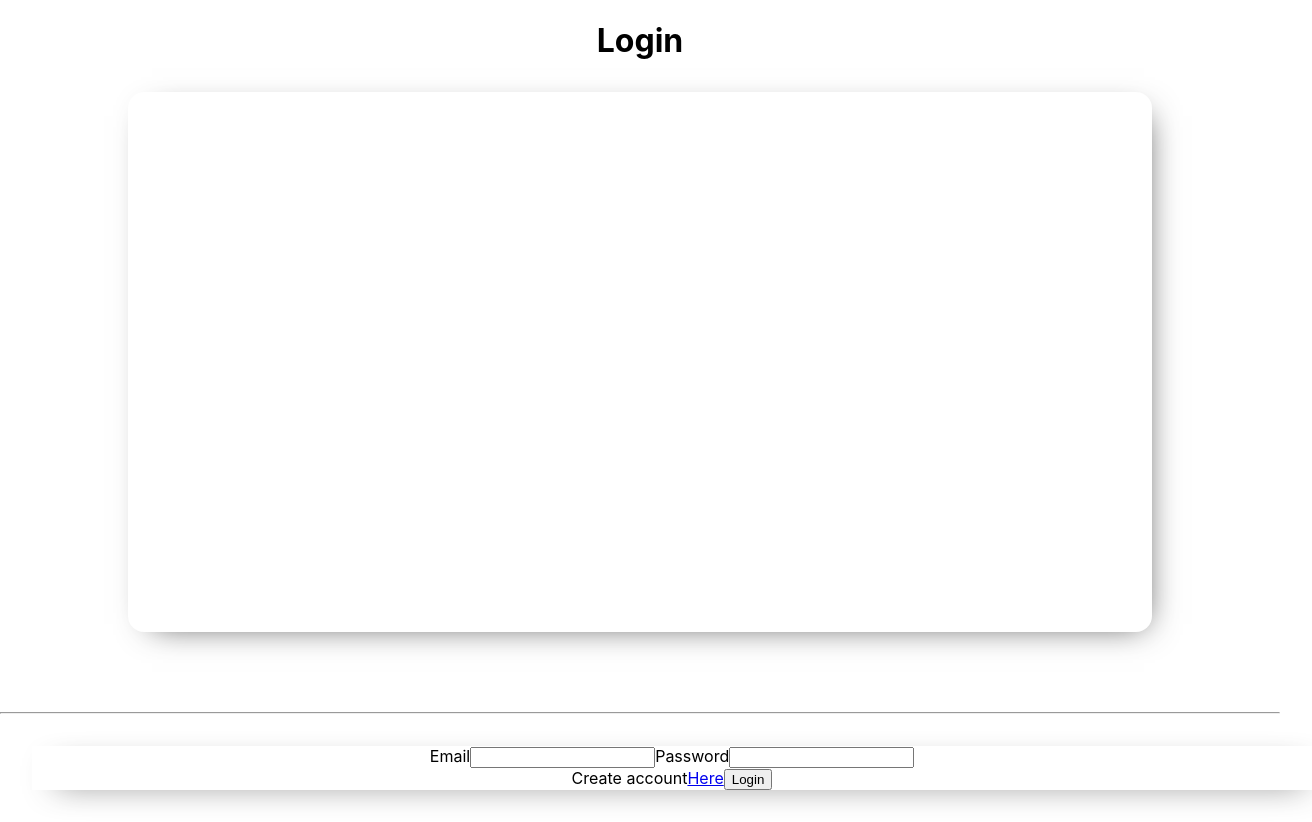
Repository: TendaniSadiki/revelation-e-commerce
Page: /login
An editor plug-in stored every save of this project. The page is shown before and after a run of saves, followed by the edit.
The browser window is 1280 px wide. The page is 1312 px wide, so the pictures cover 1312 px, including what lies to the right of the window. The pictures show the whole page.
The project was rebuilt for these pictures with package versions that can differ from the ones it lists, and the page was loaded fresh each time. Also part of the build but not shown: src/Components/Navbar.css, src/Components/Navbar.js, src/Components/CardStyle.css, src/Components/IndividualProduct.js, src/Components/Products.js, src/Components/IndividualCartProduct.js, src/Components/CartProduct.js, src/Components/Home.js and 8 more. Imported but missing from the stored project, and not drawn on this page: src/Components/Pages/Sale/Sale.

Above is the page before, as saved 2022-11-10 15:17:43.

### src/App.js
import logo from './logo.svg';
import './App.css';
import { Home } from './Components/Home';
import {BrowserRouter,Routes,Route} from 'react-router-dom'
import { Login } from './Components/Login';
import { Signup } from './Components/Signup';
import { NotFound } from './Components/NotFound';

import { Cart } from './Components/Cart';
import { AddProduct } from './Components/AddProduct';
import ProductView from './Components/ProductView';
import Sale from './Components/Pages/Sale/Sale';
import Summer from './Components/Pages/Summer/Summer';
import Winter from './Components/Pages/Sale/Sale';
import Accessories from './Components/Pages/Accessories/Accessories';



function App() {
  return (
    <div className="App">
      <BrowserRouter>

      <Routes>
        <Route path="/" element={<Home/>}/>
        <Route path="/login" element={<Login/>}/>
        <Route path ="/signup" element={<Signup/>}/>
        <Route path ="/cart" element={<Cart/>}/>
        <Route path = '/add-product' element={<AddProduct/>}/>
        <Route path = '/product-view' element={<ProductView/>}/>
        <Route path ='/sale' element={<Sale/>}/>
        <Route path = '/summer' element={<Summer/>}/>
        <Route path = '/winter' element={<Winter/>}/>
        <Route path = '/accessories' element={<Accessories/>} />



      </Routes>
      </BrowserRouter>


    </div>
  );
}

export default App;

### src/Components/Login.js
import React,{useState} from 'react'
import fire from '../Config/Config';
import {Link, useNavigate} from 'react-router-dom'
import './Login.css'
export const Login = () => {
    const navigate = useNavigate();
    const [email ,setEmail] = useState("");
    const [password, setPassword]= useState("");
    const [errorMsg ,setErrorMsg] = useState("");
    const [succcessMsg, setSuccessMsg]= useState("");


    const handleLogin=(e)=>{
        e.preventDefault()
        fire.auth().signInWithEmailAndPassword(email,password).then((credentials)=>{
            console.log(credentials)
                setSuccessMsg("Login Successfull. You will be redirected to Home")

                setEmail("");
                setPassword("");
                setErrorMsg("");
              setTimeout(()=>{
                setSuccessMsg("");
                navigate("/")
              },3000)

            })


    }

  return (
    <div className="main-Login">
       <h1>Login</h1>
       <div className="login-contain"></div>
    <br></br>
    <br></br>

    <hr></hr>
    {succcessMsg&& <>
    <div className='success-msg'>{succcessMsg}</div>
    <br></br>
    </>}

    <div className="left-side">
    <form className='form-group' autoComplete='off' onSubmit={handleLogin}>

        <lable>Email</lable>
        <input type='email' className='form-control' required onChange={(e)=>setEmail(e.target.value)} value={email}/>
        <lable>Password</lable>
        <input type='password' className='form-control' required onChange={(e)=>setPassword(e.target.value)} value={password}/>
        <br></br>
       <div className='btn-box'>
        <span>Create account
            <Link to="/signup" className="text">Here</Link></span>
            <button type='submit' className="login-btn">Login</button>
       </div>
    </form>
    </div>
    <div className="right-side"></div>

    {errorMsg&& <>
        <div className='error-msg'>{errorMsg}</div>
        <br></br>
    </>}
    </div>
  )
}

### src/Config/Config.js
import firebase from 'firebase/compat/app';
import 'firebase/compat/auth';
import 'firebase/compat/firestore';
import 'firebase/compat/storage'
const config = {
    // apiKey: "AIzaSyB8CB9NLa1vbsREct9x7r2QWNzl0fXx3YA",
    // authDomain: "apparelbase-76671.firebaseapp.com",
    // projectId: "apparelbase-76671",
    // storageBucket: "apparelbase-76671.appspot.com",
    // messagingSenderId: "101281494605",
    // appId: "1:101281494605:web:acb62d132a8456585d8e04",
    // measurementId: "G-S25VVVM4TB"
    apiKey: "AIzaSyDG8_Lz9ggCm-gA1UM6TftJoSnTX7m-NWw",
    authDomain: "revelationapp-390bd.firebaseapp.com",
    databaseURL: "https://revelationapp-390bd-default-rtdb.firebaseio.com",
    projectId: "revelationapp-390bd",
    storageBucket: "revelationapp-390bd.appspot.com",
    messagingSenderId: "465444417647",
    appId: "1:465444417647:web:d4d93f9638925eab26dd9a"
};


const fire = firebase.initializeApp(config);
export const storage  = fire.storage();
export const db = fire.firestore();
export const auth = fire.auth()

export default fire;

### src/Components/Login.css


.main-login{
    min-height: 100vh;
    min-width: 100vw;
    overflow-x:hidden ;
    background: linear-gradient(to right, rgba(255,255,255) 50% );

}

.login-contain{
        height: 75vh;
        width: 80%;
        background: linear-gradient(to right bottom, rgba(236,236,236. 0.7), rgba(236,236,236, 0.3));
        border-radius: 1rem;
        margin: 2rem auto;
        box-shadow: 0.5rem 0.5rem 2rem -1rem rgb(57, 57, 57);
        display: flex;
        justify-content: center;
        align-items: center;
}

.left-side,.right-side{
    margin: 2rem 2rem;
    box-shadow: 0.5rem 0.5rem 2rem -1rem rgb(58, 57, 57);
    height: 80%;
    width: 100%;
}
.left-side{
    margin: 2rem 2rem;
    box-shadow: 0.5rem 0.5rem 2rem -1rem rgb(58, 57, 57);
    height: 80%;
    width: 100%;
}

Loaded but not shown: public/index.html (common file); src/index.js (common file); src/index.css (common file); src/reportWebVitals.js (common file); src/App.css (common file)

After the next 5 saves:
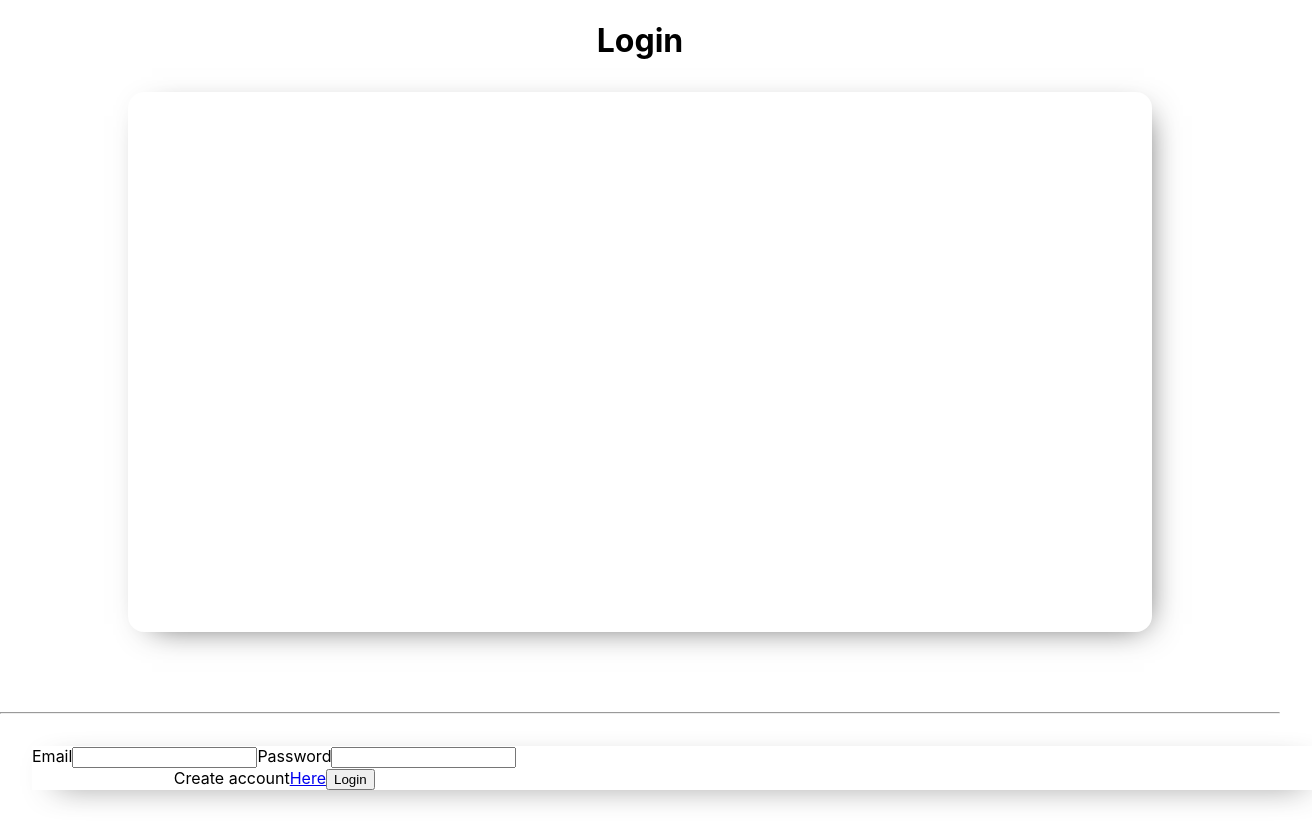
The 5 saves are shown as one change because they came seconds apart.
The last was saved 13 s later.
--- a/src/Components/Login.css
+++ b/src/Components/Login.css
@@ -27,8 +27,6 @@
     width: 100%;
 }
 .left-side{
-    margin: 2rem 2rem;
-    box-shadow: 0.5rem 0.5rem 2rem -1rem rgb(58, 57, 57);
-    height: 80%;
-    width: 100%;
+    display: flex;
+    align-items: ;
 }
